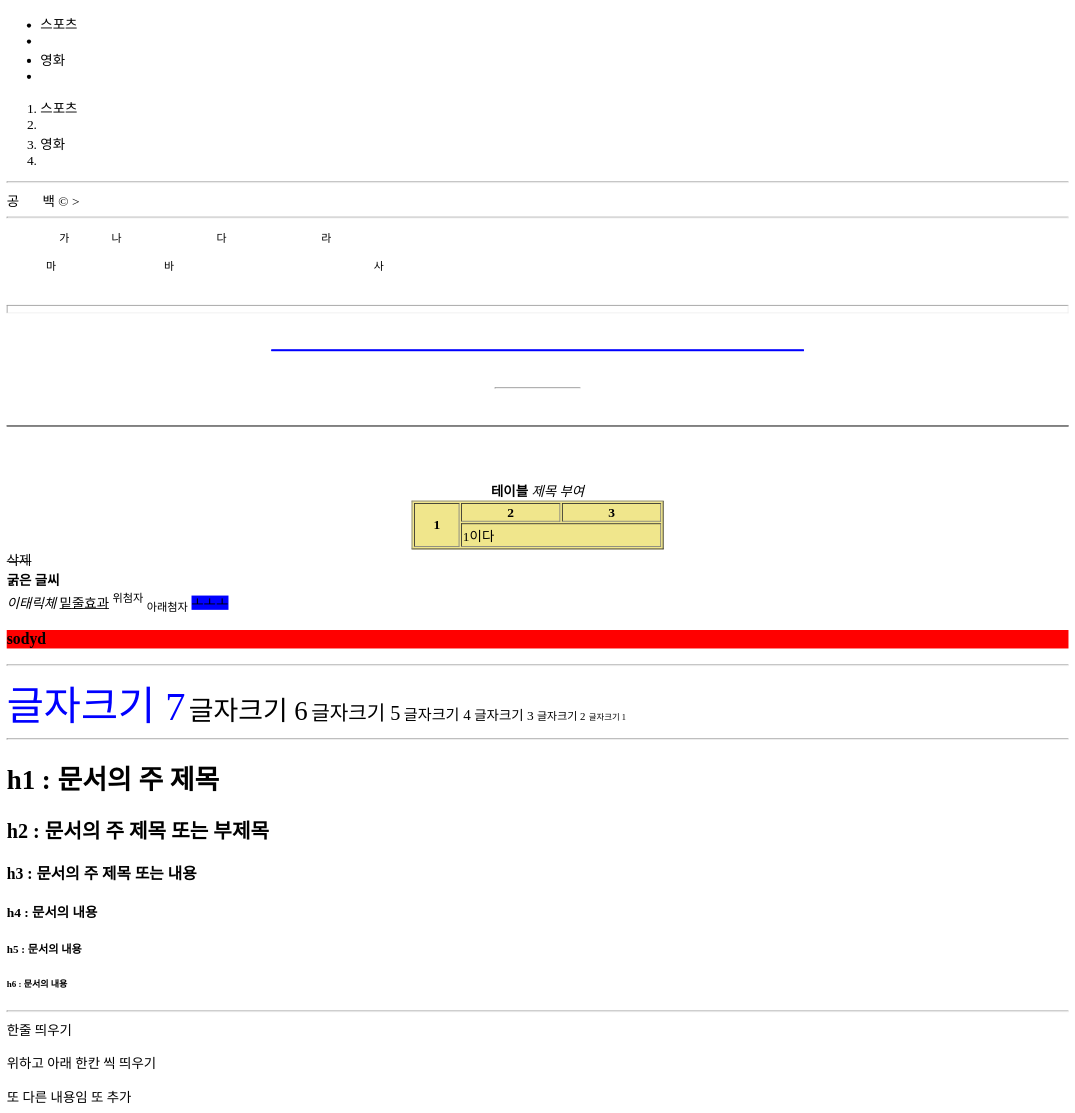
Repository: sika5382/jsp
Page: html/WebContent/NewFile.html
An editor plug-in stored every save of this project. The page is shown before and after the next save, followed by the edit.
The browser window is 1280 px wide. The pictures show the whole page, at 84% of full size.

Above is the page before, as saved 2020-10-29 06:55:10.

After the next save:
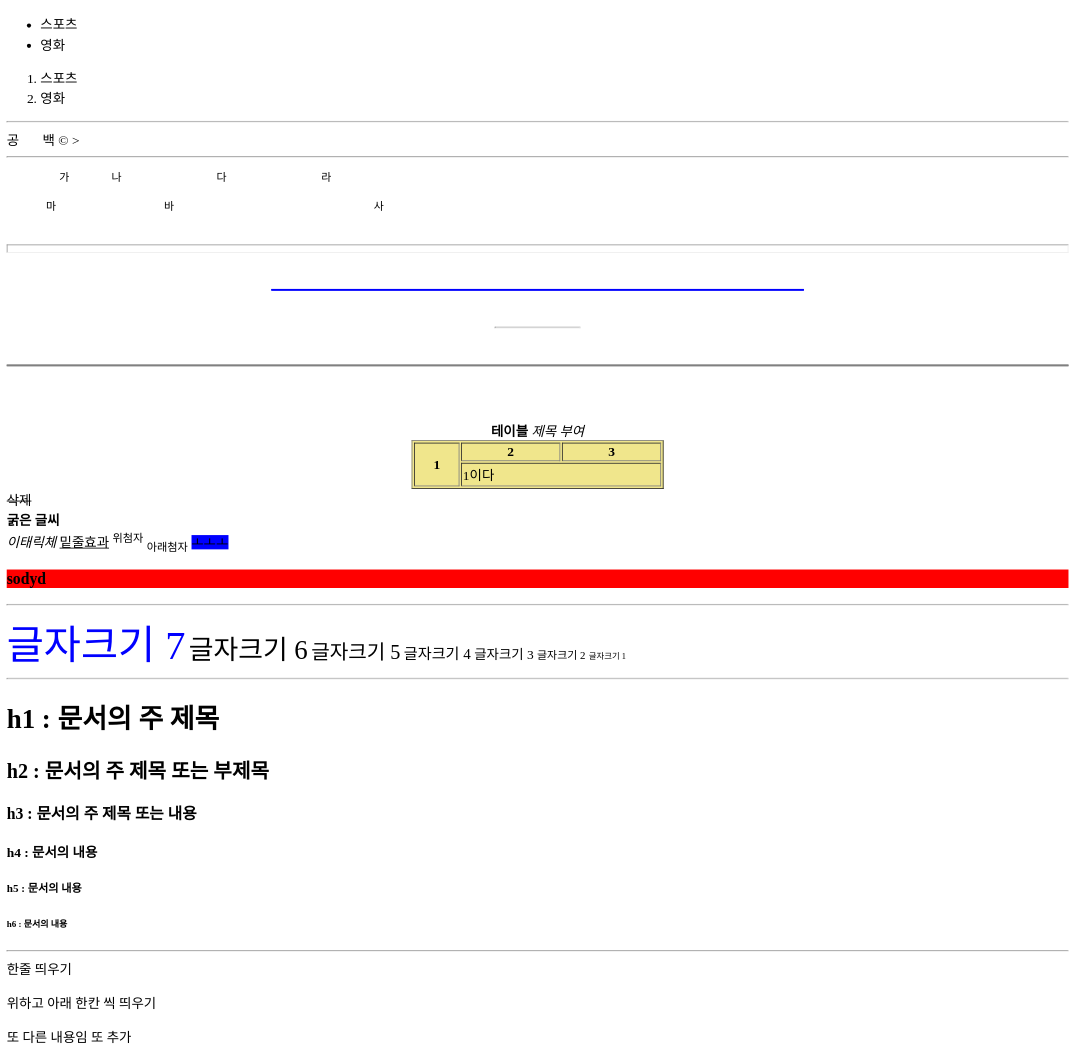
Saved 26 s later.
--- a/html/WebContent/NewFile.html
+++ b/html/WebContent/NewFile.html
@@ -11,12 +11,12 @@
 
 	<ul>
 
-		<li>스포츠<li><li>영화<li>
+		<li>스포츠</li><li>영화</li>
 
 	</ul>
 	<ol>
 
-		<li>스포츠<li><li>영화<li>
+		<li>스포츠</li><li>영화</li>
 
 	</ol>
 
